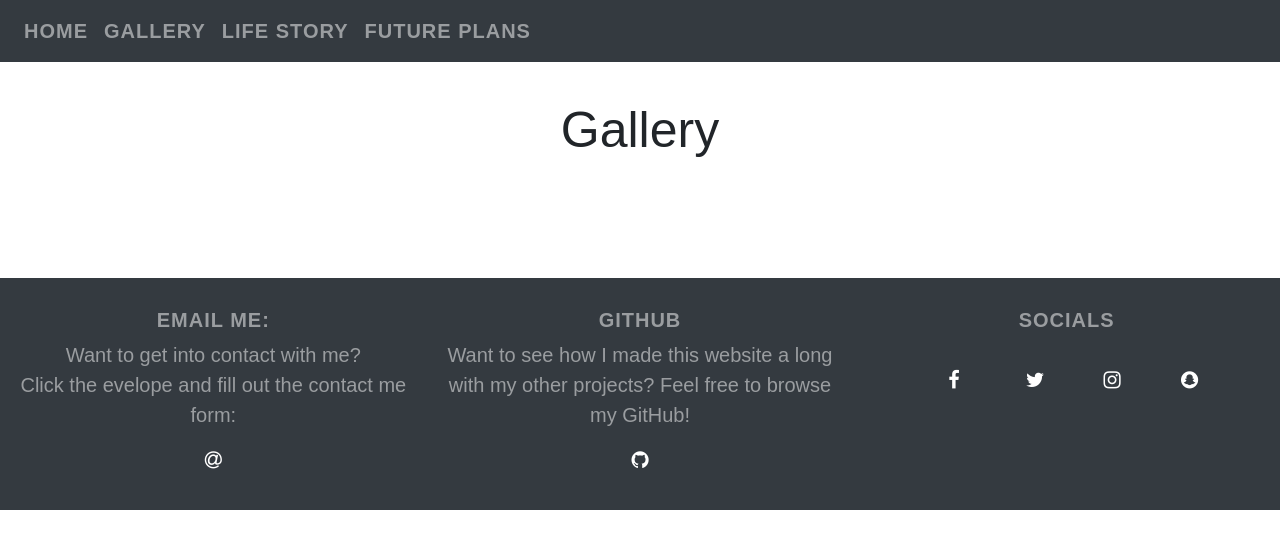
Repository: Code-Institute-Submissions/user-centric-frontend-dev-milestone-project
Page: gallery.html
The author's editor kept a record of every edit. The page is drawn from the files as they stood at one moment, then again after the next edit.
The browser window is 1280 px wide. The pictures show the whole page.
Some web fonts or font styles are not loaded; a fallback is used.

Above is the page before.

After the next edit:
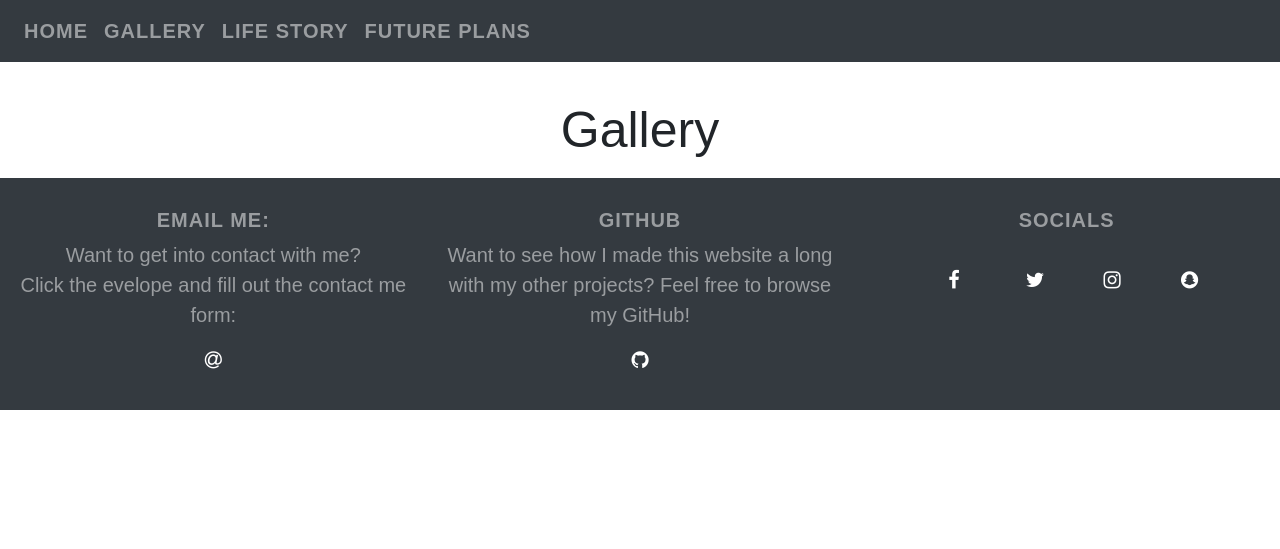
The edit:
--- a/assets/css/style.css
+++ b/assets/css/style.css
@@ -179,7 +179,7 @@
 
 .gallery {
     margin: 0;
-    padding: 100px;
+    padding-top: 100px;
 }
 
 .gallery-heading {
